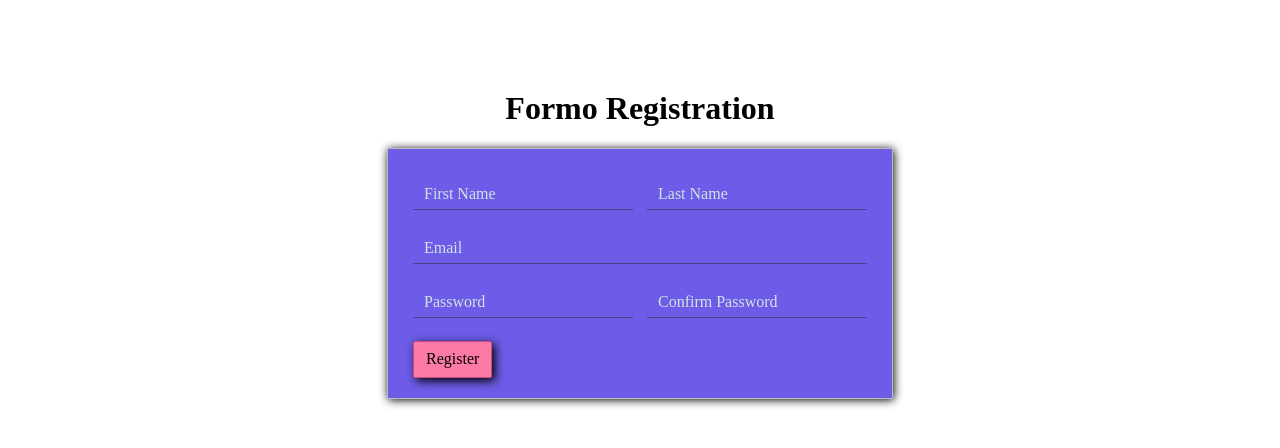
Repository: AMAmine89/vanilla-projects
Page: formo/index.html
The author's editor kept a copy of each file at every save. The page is drawn from the files as they stood at one save, then again after the next save.
The browser window is 1280 px wide. The pictures show the whole page.

Above is the page before, as saved 2021-05-05 08:27:19.

### formo/index.html
<!DOCTYPE html>
<html lang="en">
<head>
    <meta charset="UTF-8">
    <meta http-equiv="X-UA-Compatible" content="IE=edge">
    <meta name="viewport" content="width=device-width, initial-scale=1.0">
    <link rel="stylesheet" href="css/normalize.css">
    <link rel="stylesheet" href="style.css">
    <title>Formo</title>
</head>
<body>
    <head>
        <h1>Formo Registration</h1>
    </head>
    <section>
        <form>
            <div class="double-block">
                <div>
                    <span class="first-name">
                        <input type="text" name="first-name" id="first-name">
                    </span>
                </div>
                <div>
                    <span class="last-name">
                        <input type="text" name="last-name">
                    </span>
                </div>
            </div>
            <div>
                <span class="email"><input type="email" name="email"></span>
            </div>
            <div class="double-block">
                <div>
                    <span class="password">
                        <input type="password" name="password">
                    </span>
                </div>
                <div>
                    <span class="confirm-password">
                        <input type="password" name="confirm-password">
                    </span>
                </div>
            </div>
            <div>
                <input type="submit" value="Register">
            </div>
        </form>
    </section>
</body>
</html>

### formo/style.css
section {
    display: flex;
    justify-content: center;
    margin-top: 10px;
    color: #d5e1e4;
}

h1 {
    text-align: center;
    margin-top: 90px;
}

form {
    background: #6c5ce7;
    padding: 20px;
    border: 1px solid rgb(187, 187, 187);
    box-shadow: 1px 1px 10px 0px black;
    border-radius: 2px;
    -webkit-border-radius: 2px;
    -moz-border-radius: 2px;
    -ms-border-radius: 2px;
    -o-border-radius: 2px;
}

div {
    position: relative;
}

.double-block div {
    display: inline-block;
}

input:not(input[type="submit"]) {
    padding: 5px 10px;
    height: 20px;
    background: transparent;
    border-top: none;
    border-right: none;
    border-left: none;
    border-bottom: solid 1px rgba(49, 49, 49, 0.527);
    margin: 10px 5px;
    outline: none;
    z-index: 2;
}

input[type="email"] {
    width: -webkit-fill-available;
}

span::after {
    content: '';
    width: 0;
    margin: auto;
    display: block;
    height: 1px;
    position: relative;
    bottom: 13px;
    color: rgb(49, 49, 49);
    border-bottom: solid 2px;
    transition: width .3s ease-in-out;
    -webkit-transition: width .3s ease-in-out;
    -moz-transition: width .3s ease-in-out;
    -ms-transition: width .3s ease-in-out;
    -o-transition: width .3s ease-in-out;
}

span:focus-within::after {
    width: calc(100% - 10px);
}

input[type="submit"] {
    padding: 8px 12px;
    background-color: #fd79a8;
    border: 1px solid #cc4c79;
    outline: none;
    cursor: pointer;
    color: initial;
    box-shadow: 3px 3px 10px 0px black;
    border-radius: 2px;
    margin-top: 10px;
    margin-left: 5px;
    -webkit-border-radius: 2px;
    -moz-border-radius: 2px;
    -ms-border-radius: 2px;
    -o-border-radius: 2px;
    transition: all .6 ease-in-out;
    -webkit-transition: all .6 ease-in-out;
    -moz-transition: all .6 ease-in-out;
    -ms-transition: all .6 ease-in-out;
    -o-transition: all .6 ease-in-out;
}

input[type="submit"]:hover {
    background-color: #cc4c79;
    color: aliceblue;
}

.first-name::before {
    content: 'First Name';
}

.last-name::before {
    content: 'Last Name';
}

.email::before {
    content: 'Email';
}
.password::before {
    content: 'Password';
}
.confirm-password::before {
    content: 'Confirm Password';
}

span {
    z-index: 1;
}

span::before {
    cursor: text;
    display: inline-block;
    position: absolute;
    top: 16px;
    left: 16px;
    bottom: 0;
    font-size: initial;
    transition: all .3s ease-in-out;
    -webkit-transition: all .3s ease-in-out;
    -moz-transition: all .3s ease-in-out;
    -ms-transition: all .3s ease-in-out;
    -o-transition: all .3s ease-in-out;
}

span:focus-within::before, span:focus::before, span:focus-within:valid::before {
    top: 0;
    left: 10px;
    bottom: 30px;
    font-size: .85em;
}

label {
    cursor: text;
    display: inline-block;
    position: relative;
    bottom: auto;
    left: -180px;
    transition: bottom .7s ease-in-out;
    -webkit-transition: bottom .7s ease-in-out;
    -moz-transition: bottom .7s ease-in-out;
    -ms-transition: bottom .7s ease-in-out;
    -o-transition: bottom .7s ease-in-out;
}

input:-internal-autofill-selected {
    color: initial !important;
    background-color: initial !important;
}

Loaded but not shown: formo/normalize.css (library)

After the next save:
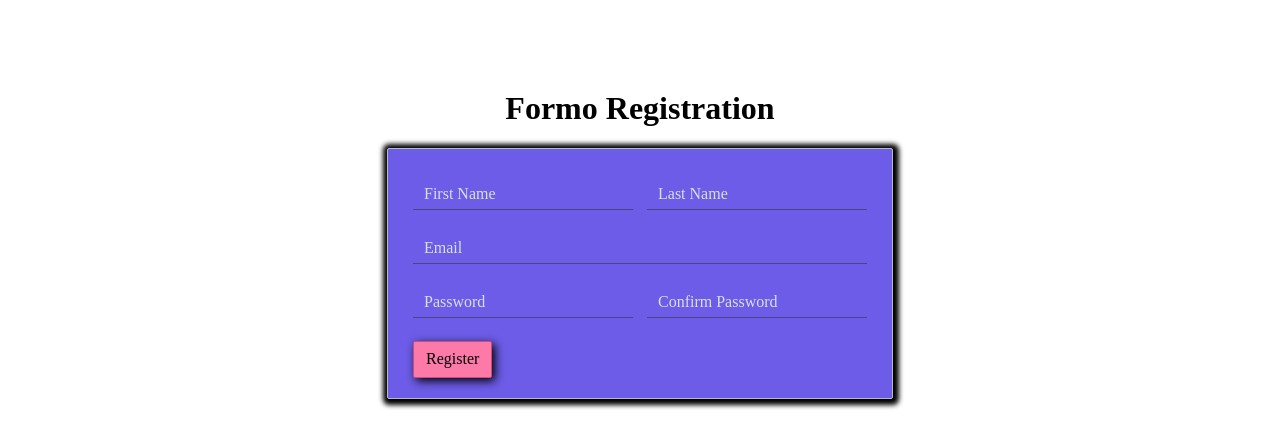
Saved 11 s later.
--- a/formo/style.css
+++ b/formo/style.css
@@ -14,7 +14,7 @@ form {
     background: #6c5ce7;
     padding: 20px;
     border: 1px solid rgb(187, 187, 187);
-    box-shadow: 1px 1px 10px 0px black;
+    box-shadow: 1px 1px 5px 5px black;
     border-radius: 2px;
     -webkit-border-radius: 2px;
     -moz-border-radius: 2px;
